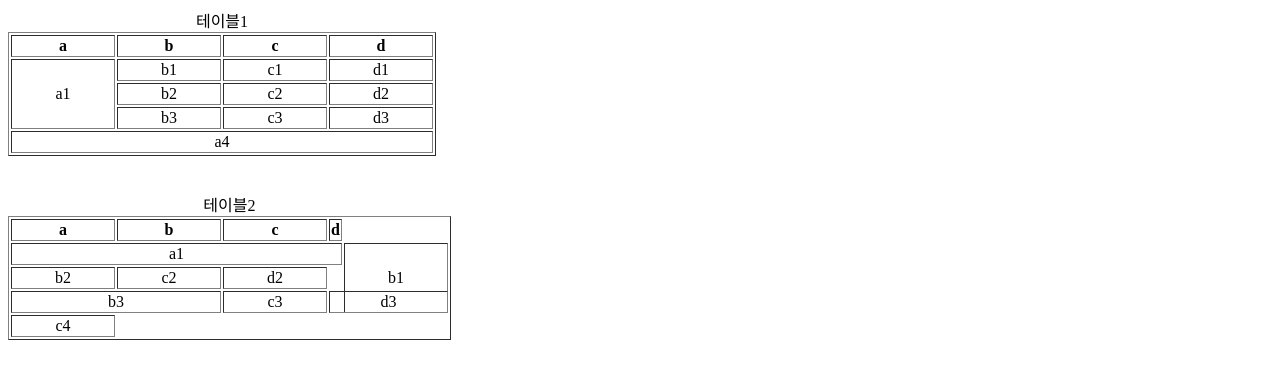
Repository: roditee/Frontend_ex
Page: HTML01/src/main/webapp/table.html
The author's editor kept a copy of each file at every save. The page is drawn from the files as they stood at one save, then again after the next save.
The browser window is 1280 px wide. The pictures show the whole page.

Above is the page before, as saved 2021-12-02 05:17:32.

After the next save:
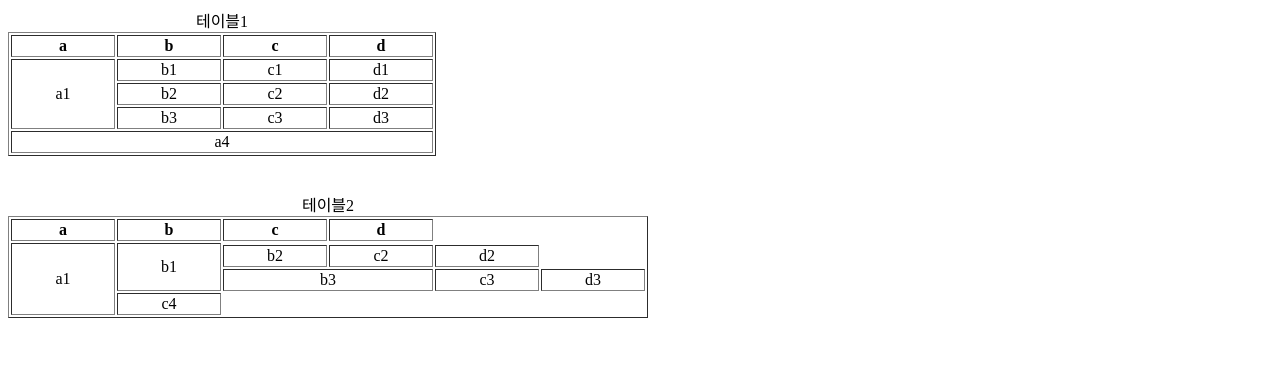
Saved 2 min 5 s later.
--- a/HTML01/src/main/webapp/table.html
+++ b/HTML01/src/main/webapp/table.html
@@ -23,7 +23,7 @@
 			<caption>테이블2</caption>
 			<thead align="center">
 			<tr><th>a</th><th>b</th><th>c</th><th>d</th></tr>
-			<tr><td colspan="4">a1</td><td rowspan="3">b1</td></tr>
+			<tr><td rowspan="4">a1</td><td rowspan="3">b1</td></tr>
 			<tr><td>b2</td><td>c2</td><td>d2</td></tr>
 			<tr><td colspan="2">b3</td><td>c3</td><td colspan="2">d3</td></tr>
 			<tr><td>c4</td></tr>

After the save that followed:
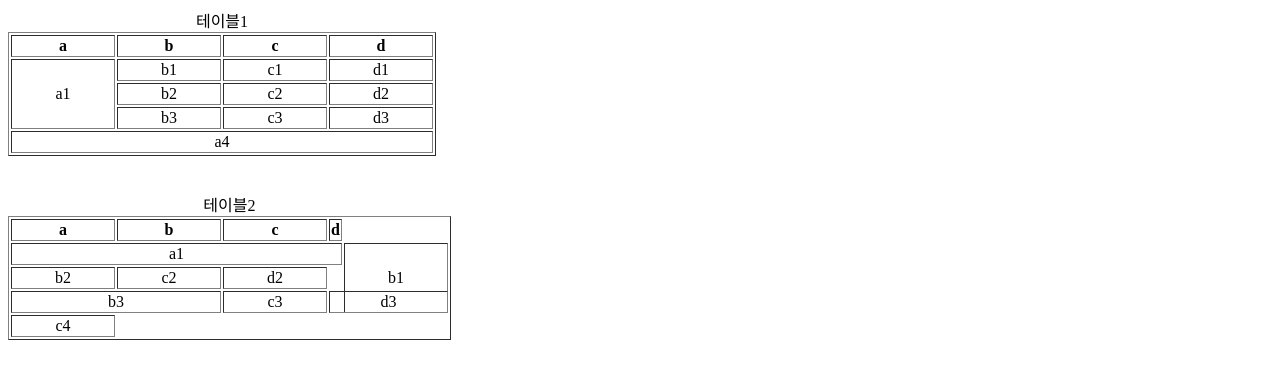
Saved 7 s later.
--- a/HTML01/src/main/webapp/table.html
+++ b/HTML01/src/main/webapp/table.html
@@ -23,7 +23,7 @@
 			<caption>테이블2</caption>
 			<thead align="center">
 			<tr><th>a</th><th>b</th><th>c</th><th>d</th></tr>
-			<tr><td rowspan="4">a1</td><td rowspan="3">b1</td></tr>
+			<tr><td colspan="4">a1</td><td rowspan="3">b1</td></tr>
 			<tr><td>b2</td><td>c2</td><td>d2</td></tr>
 			<tr><td colspan="2">b3</td><td>c3</td><td colspan="2">d3</td></tr>
 			<tr><td>c4</td></tr>
